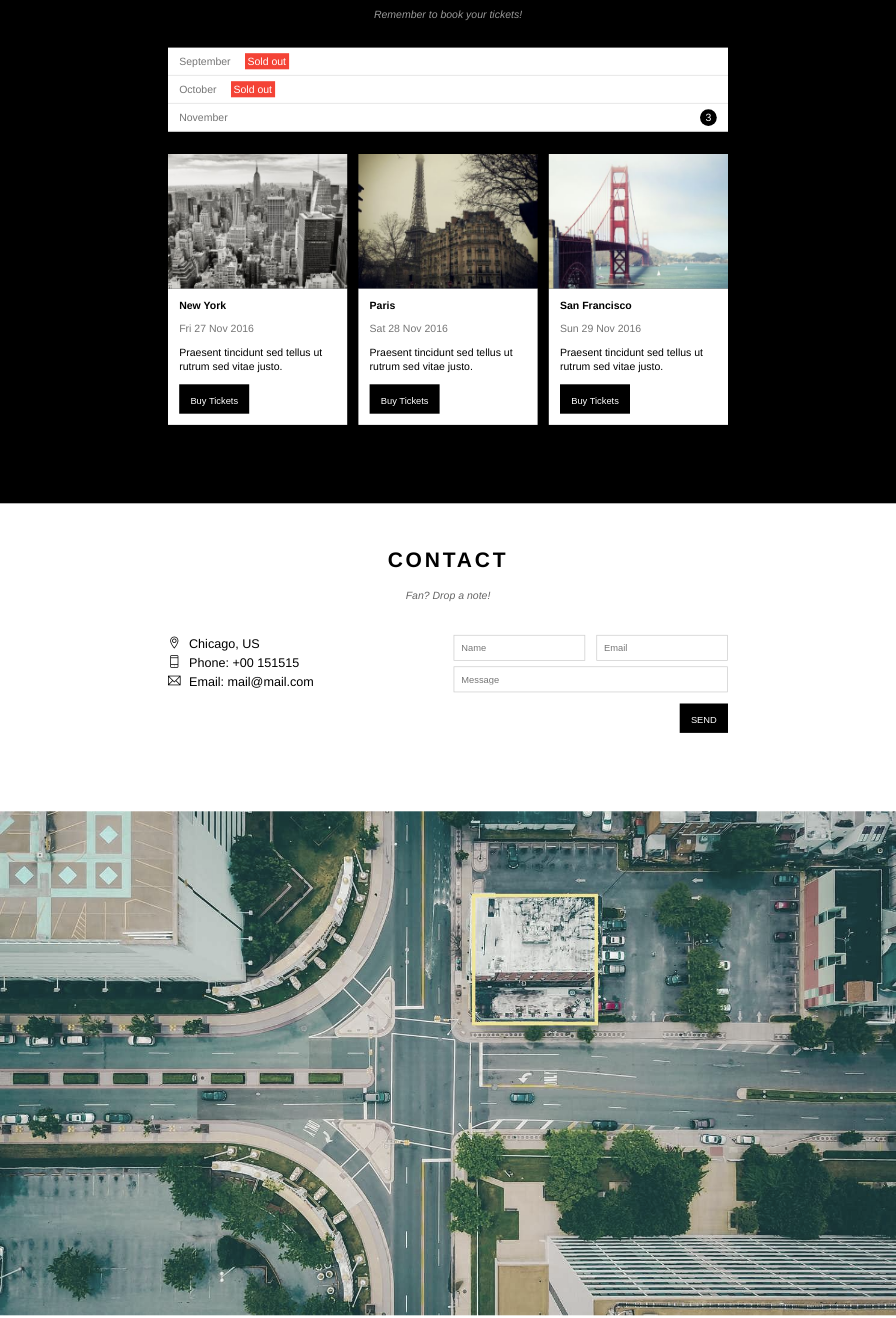
Repository: phongngotrong/w3school_reup
Page: index.html
The author's editor kept a copy of each file at every save. The page is drawn from the files as they stood at one save, then again after the next save.
The browser window is 1280 px wide. The pictures show the part of the page from y = 1430 to 3350 px (the page is 3313 px tall before and 3350 px after), at 70% of full size.

Above is the page before, as saved 2021-12-24 14:46:30.

### index.html
<!DOCTYPE html>
<html lang="en">
  <head>
    <meta charset="UTF-8" />
    <meta http-equiv="X-UA-Compatible" content="IE=edge" />
    <meta name="viewport" content="width=device-width, initial-scale=1.0" />
    <title>W3.CSS Template</title>
    <link rel="stylesheet" href="./assets/css/style.css" />
    <link rel="stylesheet" href="./assets/fonts/themify-icons/themify-icons.css">
  </head>
  <body>
    <div id="main">
      <div id="header">
        <!--Begin: Nav-->
        <ul id="nav">
          <li><a href="">Home</a></li>
          <li><a href="">Band</a></li>
          <li><a href="">Tour</a></li>
          <li><a href="">Contact</a></li>
          <li>
            <a href="">
              More
              <i class="nav-arrow-down ti-angle-down"></i>
            </a>
            <ul class="subnav">
              <ul>
                <li><a href="">Merchandise</a></li>
                <li><a href="">Extras</a></li>
                <li><a href="">Media</a></li>
              </ul>
            </ul>
          </li>
        </ul>
        <!--End: Nav-->

        <!--Begin: Search-->
        <div class="search-btn">
          <i class="search-icon ti-search"></i>
        </div>
        <!--End: Search-->
      </div>

      <div id="slider">
        <div class="text-content">
          <h2 class="text-heading">Chicago</h2>
          <div class="text-description">
            Thank you, Chicago - A night we won't forget.
          </div>
        </div>
      </div>

      <div id="content">
        <!--content section-->
        <div class="content-section">
          <h2 class="section-heading">THE BAND</h2>
          <p class="section-sub-heading">We love music</p>
          <p class="about-text">
            We have created a fictional band website. Lorem ipsum dolor sit
            amet, consectetur adipiscing elit, sed do eiusmod tempor incididunt
            ut labore et dolore magna aliqua. Ut enim ad minim veniam, quis
            nostrud exercitation ullamco laboris nisi ut aliquip ex ea commodo
            consequat. Duis aute irure dolor in reprehenderit in voluptate velit
            esse cillum dolore eu fugiat nulla pariatur. Excepteur sint occaecat
            cupidatat non proident, sunt in culpa qui officia deserunt mollit
            anim id est laborum consectetur adipiscing elit, sed do eiusmod
            tempor incididunt ut labore et dolore magna aliqua. Ut enim ad minim
            veniam, quis nostrud exercitation ullamco laboris nisi ut aliquip ex
            ea commodo consequat.
          </p>
          <div class="row list-member">
            <!--member1-->
            <div class="col col-third text-center">
              <p class="member-name">Name</p>
              <img
                src="./assets/img/member.jpg"
                alt="Name"
                class="avt-member"
              />
            </div>

            <!--member2-->
            <div class="col col-third text-center">
              <div class="member-name">Name</div>
              <img
                src="./assets/img/member.jpg"
                alt="Name"
                class="avt-member"
              />
            </div>
            <!--member3-->

            <div class="col col-third text-center">
              <div class="member-name">Name</div>
              <img
                src="./assets/img/member.jpg"
                alt="Name"
                class="avt-member"
              />
            </div>
            <!-- <div class="clear"></div> -->
          </div>
        </div>
        <!--tour section-->
        <div class="tour-section">
          <div class="content-section">
            <h2 class="section-heading text-white">TOUR DATES</h2>
            <p class="section-sub-heading text-white">
              Remember to book your tickets!
            </p>
            <!-- tickets -->
            <ul class="tickets-list">
              <li>September <span class="sold-out">Sold out</span></li>
              <li>October <span class="sold-out">Sold out</span></li>
              <li>November <span class="quantity">3</span></li>
            </ul>
            <div class="row places-list">
              <!-- place1 -->
              <div class="col col-third">
                <img
                  src="./assets/img/newyork.jpg"
                  alt="New York"
                  class="place-img"
                />
                <div class="places-body">
                  <h3 class="places-heading">New York</h3>
                  <p class="places-time">Fri 27 Nov 2016</p>
                  <p class="place-description">
                    Praesent tincidunt sed tellus ut rutrum sed vitae justo.
                  </p>
                  <button class="btn js-buy-ticket">Buy Tickets</button>
                </div>
              </div>
              <!-- place2 -->

              <div class="col col-third">
                <img
                  src="./assets/img/paris.jpg"
                  alt="New York"
                  class="place-img"
                />
                <div class="places-body">
                  <h3 class="places-heading">Paris</h3>
                  <p class="places-time">Sat 28 Nov 2016</p>
                  <p class="place-description">
                    Praesent tincidunt sed tellus ut rutrum sed vitae justo.
                  </p>
                  <button class="btn js-buy-ticket">Buy Tickets</button>
                </div>
              </div>
              <!-- place3 -->

              <div class="col col-third">
                <img
                  src="./assets/img/sanfran.jpg"
                  alt="New York"
                  class="place-img"
                />
                <div class="places-body">
                  <h3 class="places-heading">San Francisco</h3>
                  <p class="places-time">Sun 29 Nov 2016</p>
                  <p class="place-description">
                    Praesent tincidunt sed tellus ut rutrum sed vitae justo.
                  </p>
                  <button class="btn js-buy-ticket">Buy Tickets</button>
                </div>
              </div>
              <!-- <div class="clear"></div> -->
            </div>
          </div>
        </div>

        <!-- Begin: contact section-->
        <div class="content-section">
          <h2 class="section-heading">CONTACT</h2>
          <p class="section-sub-heading">Fan? Drop a note!</p>

          <div class="row contact-content">
            <div class="col col-half contact-info">
              <p><i class="ti-location-pin"></i>Chicago, US</p>
              <p><i class="ti-mobile"></i>Phone: +00 151515</p>
              <p><i class="ti-email"></i>Email: mail@mail.com</p>
            </div>
            <div class="col col-half contact-form">
              <form action="">
                <div class="row">
                  <div class="col col-half">
                      <input type="text" name="" required placeholder="Name" id="" class="form-control">
                  </div>
                  <div class="col col-half">
                    <input type="email" name="" required placeholder="Email" id="" class="form-control">
                </div>
                </div>
                <div class="row mt-8">
                  <div class="col col-full">
                    <input type="text" name="" required placeholder="Message" id="" class="form-control">
                </div>
                </div>
                <input class="btn pull-right mt-16" type="submit" value="SEND">
              </form>
            </div>
          </div>
        </div>
        <!-- End: contact section-->
        <div class="map-section">
          <img src="./assets/img/map.jpg" alt="Map">
        </div>
      </div>

      <div id="footer">
        <div class="social-list">
          <a href=""><i class="ti-"></i></a>
          <a href=""><i class="ti-"></i></a>
          <a href=""><i class="ti-"></i></a>
          <a href=""><i class="ti-"></i></a>
          <a href=""><i class="ti-"></i></a>
          <a href=""><i class="ti-"></i></a>
        </div>
      </div>
    </div>

    <div class="modal js-modal">
      <div class="modal-container js-modal-container">
        <div class="modal-close js-modal-close">
          <i class="ti-close"></i>
        </div>
        <header class="modal-header">
          <i class="icon-ti-bag-header ti-bag"></i>
          Tickets
        </header>

        <div class="modal-body">
          <label for="tickets-quantity" class="modal-label">
            <i class="ti-shopping-cart"></i>
            Tickets, $15 per person
          </label>
          <input
            id="tickets-quantity"
            type="text"
            class="modal-input"
            placeholder="How many?"
          />

          <label for="tickets-email" class="modal-label">
            <i class="ti-user"></i>
            Send To
          </label>
          <input
            id="tickets-email"
            type="email"
            class="modal-input"
            placeholder="Enter email "
          />

          <button id="buy-tickets">
            PAY<i class="icon-ti-check-footer ti-check"></i>
          </button>
        </div>

        <footer class="modal-footer">
          <p class="modal-help">Need <a href="">help?</a></p>
        </footer>
      </div>
    </div>

    <script>
      const buyBtns = document.querySelectorAll('.js-buy-ticket')
      const modal = document.querySelector('.js-modal')
      const modalContainer = document.querySelector('.js-modal-container')
      const modalClose = document.querySelector('.js-modal-close')

      // hàm hiển thị modal mua vé(thêm class open vào modal)
      function showBuyTickets() {
        modal.classList.add('open')
      }

      // hàm ẩn modal mua vé(gỡ bỏ class open của modal)
      function hideBuyTickets() {
        modal.classList.remove('open')
      }

      // lặp qua từng thẻ button và nghe hành vi click
      for(const buyBtn of buyBtns) {
        buyBtn.addEventListener('click', showBuyTickets)
      }

      // nghe hành vi click vào button close
      modalClose.addEventListener('click', hideBuyTickets)

      modal.addEventListener('click', hideBuyTickets)

      modalContainer.addEventListener('click', function(event){
        event.stopPropagation()
      })

    </script>
  </body>
</html>

### assets/css/style.css
/* Reset CSS */

* {
  padding: 0;
  margin: 0;
  box-sizing: border-box;
}

html {
  font-family: Helvetica, Arial, sans-serif;
}
/*
  -Từ trên xuống dưới
  -Từ ngoài vào trong
  -Tổng quan đến chi tiết
  */

/*
  1. Vi tri
  2. Kich thuoc
  3. Mau sac
  4. Kieu dang (kieu chu, hinh tron, vuong...)
  */

/* Common */
.text-center {
  text-align: center !important;
}

.row {
  margin-left: -8px;
  margin-right: -8px;
}

/* Tạo element giả */
.row::after {
  content: "";
  display: block;
  clear: both;
}
/*.................*/

.col {
  float: left;
  padding-left: 8px;
  padding-right: 8px;
}

.col-full {
  width: 100%;
}

.col-half {
  width: 50%;
}

.col-third {
  width: 33.33333%;
}

.pull-right {
  float: right;
}

.btn {
  background-color: #000;
  color: #fff;
  text-decoration: none;
  display: inline-block;
  padding: 11px 16px;
  margin-top: 15px;
  padding-top: 16px;
  cursor: pointer;
  border: none;
}

.btn:hover {
  background-color: #ccc;
  color: #000;
}

.mt-8 {
  margin-top: 8px !important;
}

.mt-16 {
  margin-top: 16px !important;
}

.clear {
  clear: both;
}

/* .row::after {
    clear: both;
    display: block;
    content: "";
  } */

.text-white {
  color: #fff !important;
}

/* Main */
#main {
}

#header {
  position: fixed;
  top: 0;
  left: 0;
  right: 0;
  height: 46px;
  background-color: #000;
  z-index: 1;
}

#nav {
  display: inline-block;
}

li {
  list-style-type: none;
}

#nav > li {
  display: inline-block;
}

#nav li {
  position: relative;
}

#nav > li > a {
  color: #fff;
  text-transform: uppercase;
}

#nav li a {
  text-decoration: none;
  line-height: 46px;
  padding: 0 24px;
  display: block;
}

#nav li:hover .subnav {
  display: block;
}

#nav > li:hover > a,
#nav .subnav li:hover a {
  color: #000;
  background-color: #ccc;
}

#nav .subnav {
  display: none;
  min-width: 160px;
  position: absolute;
  background-color: #fff;
  box-shadow: 0 0 10px rgba(0, 0, 0, 0.3);
}

#nav .subnav a {
  color: #000;
  padding: 0 12px;
  line-height: 38px;
}

#nav .nav-arrow-down {
  font-size: 12px;
}

#header .search-btn {
  float: right;
  padding: 0 20px;
  cursor: pointer;
}

#header .search-btn:hover {
  background-color: #f44336;
}

#header .search-icon {
  color: #fff;
  font-size: 20px;
  line-height: 46px;
}

#slider {
  position: relative;
  margin-top: 46px;
  padding-top: 50%;
  background: url("/assets/img/slider.jpg") top center / cover no-repeat;
}

#slider .text-content {
  position: absolute;
  bottom: 47px;
  color: #fff;
  width: 100%;
  text-align: center;
}

#slider .text-heading {
  font-weight: 500;
  font-size: 24px;
}

#slider .text-description {
  font-size: 15px;
  margin-top: 25px;
}

#content {
}

#content .content-section {
  width: 800px;
  padding: 64px 0 112px;
  margin-right: auto;
  margin-left: auto;
}

#content .section-heading {
  text-align: center;
  font-size: 30px;
  letter-spacing: 4px;
}

#content .section-sub-heading {
  font-size: 15px;
  text-align: center;
  margin-top: 25px;
  font-style: italic;
  opacity: 0.6;
}

#content .about-text {
  font-size: 15px;
  margin-top: 15px;
  text-align: justify;
  line-height: 1.4;
}

#content .member-name {
  font-size: 16px;
}

#content .list-member {
  margin-top: 48px;
  /* margin-bottom: 48px;
    overflow: hidden;  */
}

/* #content .item-member {
    float: left;
    width: 33.33333%;
    text-align: center;
  } */

#content .avt-member {
  margin-top: 15px;
  width: 154px;
  border-radius: 4px;
}

/* tour section */
.tour-section {
  background-color: #000;
}
.tickets-list {
  background-color: #fff;
  margin-top: 40px;
  list-style: none;
}

.tickets-list li {
  color: #757575;
  font-size: 15px;
  padding: 11px 16px;
  border-bottom: 1px solid #ddd;
}

.tickets-list .sold-out {
  background-color: #f44336;
  color: #fff;
  padding: 3px 4px;
  margin-left: 16px;
}

.tickets-list .quantity {
  float: right;
  width: 24px;
  height: 24px;
  background-color: #000;
  color: #fff;
  border-radius: 50%;
  line-height: 24px;
  text-align: center;
  margin-top: -3px;
}

/* Places */
.places-list {
  margin-top: 32px;
}

/* .places-item {
    float: left;
    width: 33.33333%;
    padding: 0 8px;
  } */

.place-img {
  width: 100%;
  display: block;
}

.place-img:hover {
  opacity: 0.6;
}

.places-body {
  padding: 16px;
  font-size: 15px;
  background-color: #fff;
}

.places-heading {
  font-size: 15px;
}

.places-time {
  padding-top: 15px;
  color: #757575;
}

.place-description {
  padding-top: 15px;
  line-height: 1.4;
}

.modal {
  position: fixed;
  top: 0;
  bottom: 0;
  right: 0;
  left: 0;
  background-color: rgba(0, 0, 0, 0.4);
  display: none;
  align-items: center;
  justify-content: center;
}

.modal.open {
  display: flex;
}

.modal-container {
  background-color: #fff;
  width: 900px;
  min-height: 200px;
  position: relative;
  max-width: calc(100% -32px);
  animation: modalFadeIn ease 0.4s;
}

.modal-header {
  background-color: #009688;
  color: #fff;
  height: 130px;
  font-size: 30px;
  display: flex;
  align-items: center;
  justify-content: center;
  letter-spacing: 4px;
}

.modal-close:hover {
  background-color: #ccc;
  color: #000;
}

.modal-close {
  position: absolute;
  right: 0;
  top: 0;
  padding: 16px;
  font-size: 12px;
  color: #fff;
  cursor: pointer;
}

.icon-ti-bag-header {
  margin-right: 16px;
}

.modal-body {
  padding: 16px;
}

.modal-label {
  display: block;
  font-size: 15px;
  margin-bottom: 12px;
}

.modal-input {
  border: 1px solid #ccc;
  width: 100%;
  padding: 10px;
  font-size: 15px;
  margin-bottom: 24px;
}

#buy-tickets:hover {
  background-color: #ccc;
  color: #000;
}

#buy-tickets {
  background-color: #009688;
  width: 100%;
  padding: 18px;
  color: #fff;
  border: none;
  text-transform: uppercase;
  font-size: 15px;
  cursor: pointer;
}

.modal-footer {
  padding: 16px;
  text-align: right;
}

.modal-footer a {
  color: #2196f3;
}

/* Contact */
.contact-content {
  margin-top: 48px;
}

.contact-info {
  font-size: 18px;
  line-height: 1.5;
}

.contact-info i[class*="ti-"] {
  width: 30px;
  display: inline-block;
}

.contact-form {
  font-size: 15px;
}

.contact-form .form-control {
  padding: 10px;
  border: 1px solid #ccc;
  width: 100%;
}

/* .contact-form .form-submit-btn {
  background: #000;
  color: #fff;
  border: 1px solid #000;
  padding: 10px 16px;
  float: right;
} */

/* .form-submit-btn:hover {
  background: #ccc;
  color: #000;
  border: none;
  cursor: pointer;
} */

/* Map section */
.map-section img {
  width: 100%;
  filter: grayscale(50%);
}

/* footer section */

#footer {
}

/* Tạo hoạt ảnh  */
@keyframes modalFadeIn {
  from {
    opacity: 0;
    transform: translateY(-140px);
  }
  to {
    opacity: 1;
    transform: translateY(0);
  }
}

Loaded but not shown: assets/fonts/themify-icons/themify-icons.css (common file)

After the next save:
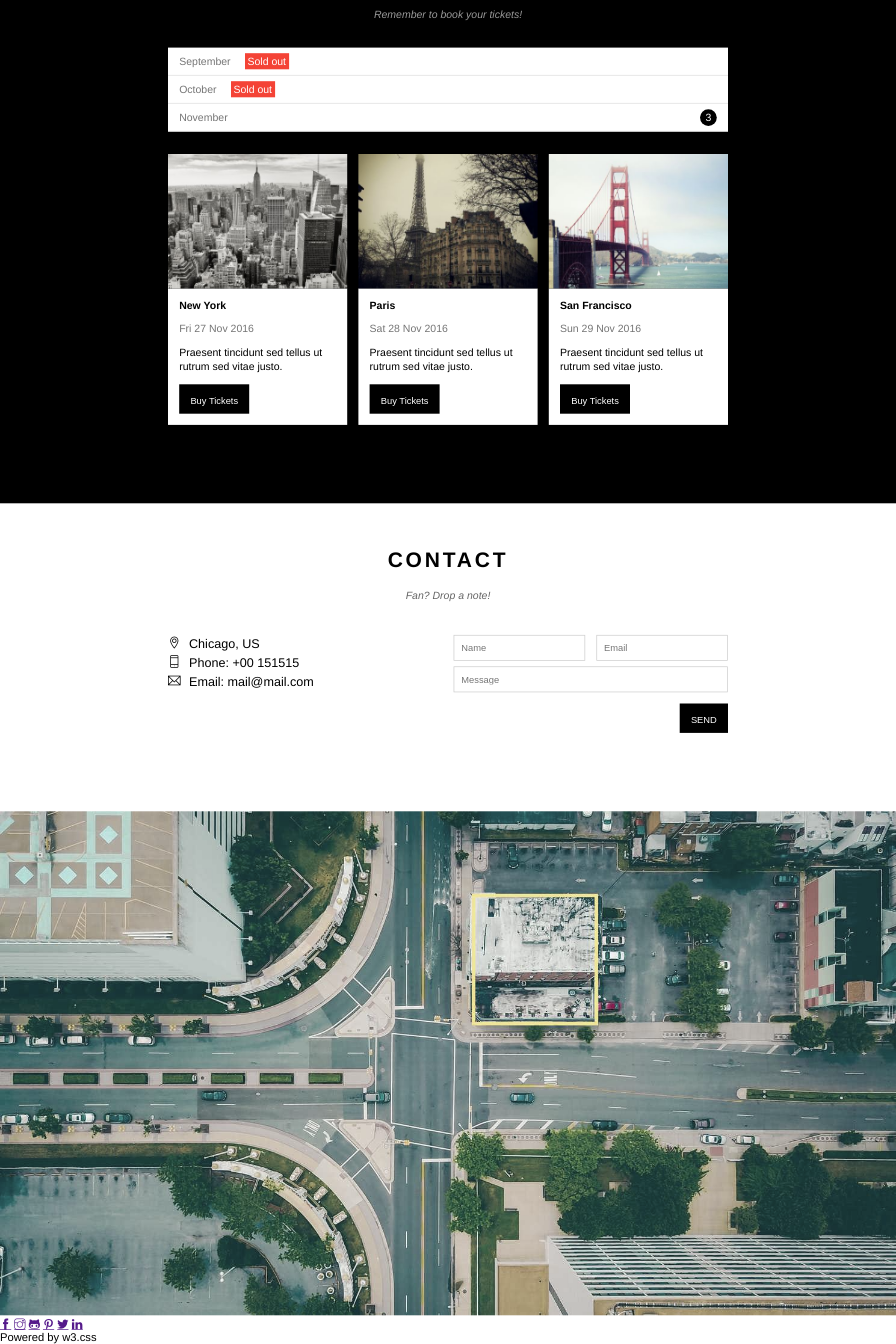
Saved 4 min 8 s later.
--- a/index.html
+++ b/index.html
@@ -208,13 +208,14 @@
 
       <div id="footer">
         <div class="social-list">
-          <a href=""><i class="ti-"></i></a>
-          <a href=""><i class="ti-"></i></a>
-          <a href=""><i class="ti-"></i></a>
-          <a href=""><i class="ti-"></i></a>
-          <a href=""><i class="ti-"></i></a>
-          <a href=""><i class="ti-"></i></a>
-        </div>
+          <a href=""><i class="ti-facebook"></i></a>
+          <a href=""><i class="ti-instagram"></i></a>
+          <a href=""><i class="ti-github"></i></a>
+          <a href=""><i class="ti-pinterest"></i></a>
+          <a href=""><i class="ti-twitter-alt"></i></a>
+          <a href=""><i class="ti-linkedin"></i></a>
+        </div>
+        <div class="Copyright">Powered by w3.css</div>
       </div>
     </div>
 
